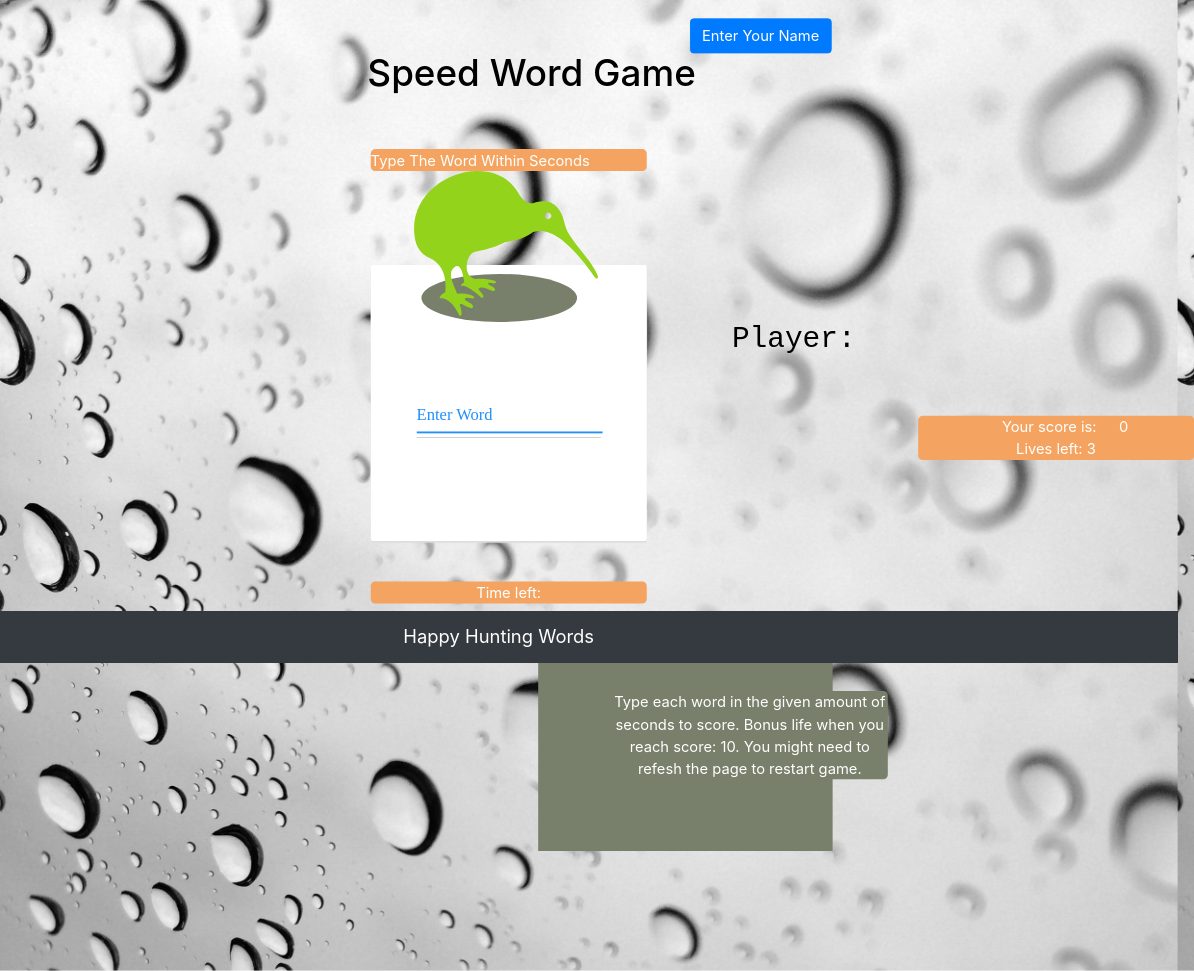
Repository: konstantin0s/word-game-project
Page: modal.html
An editor plug-in stored every save of this project. The page is shown before and after the next save, followed by the edit.
The browser window is 1280 px wide. The page is 1298 px wide, so the pictures cover 1298 px, including what lies to the right of the window. The pictures show the whole page, at 92% of full size.
Backgrounds fixed to the window are drawn as part of the page. Some web libraries are served in a nearby version.

Above is the page before, as saved 2019-02-14 10:34:46.
Console error: SyntaxError: Invalid or unexpected token

### modal.html
<!DOCTYPE html>
<html lang="en">

<head>

  <meta charset="utf-8">
  <meta name="viewport" content="width=device-width, initial-scale=1, shrink-to-fit=no">
  <meta name="description" content="">
  <meta name="author" content="">

  <title>Speed Word Game</title>
  <!-- <link rel="stylesheet" href="https://maxcdn.bootstrapcdn.com/bootstrap/3.4.0/css/bootstrap.min.css"> -->
  <script src="https://ajax.googleapis.com/ajax/libs/jquery/3.3.1/jquery.min.js"></script>
  <script src="https://maxcdn.bootstrapcdn.com/bootstrap/3.4.0/js/bootstrap.min.js"></script>
  <script src="https://cdnjs.cloudflare.com/ajax/libs/p5.js/0.7.3/p5.js"></script>
  <!-- Bootstrap core CSS -->
  <link href="vendor/bootstrap/css/bootstrap.min.css" rel="stylesheet">

  <!-- Custom styles for this template -->
  <link href="css/the-big-picture.css" rel="stylesheet">
  <link rel="stylesheet" href="css/style.css">

</head>

<body>

  <!-- Navigation -->
  <nav class="navbar navbar-expand-lg navbar-dark bg-dark fixed-bottom">
    <div class="container">
      <a class="navbar-brand" href="#">Happy Hunting Words</a>
      <button class="navbar-toggler" type="button" data-toggle="collapse" data-target="#navbarResponsive" aria-controls="navbarResponsive" aria-expanded="false" aria-label="Toggle navigation">
        <span class="navbar-toggler-icon"></span>
      </button>
      <div class="collapse navbar-collapse" id="navbarResponsive">
      </div>
    </div>
  </nav>



<!-- Button trigger modal -->
<button type="button" id="clearPlayer" class="btn btn-primary" data-toggle="modal" data-target="#exampleModalCenter">
    Enter Your Name
  </button>

  <!-- Modal -->
  <div class="modal fade" id="exampleModalCenter" tabindex="-1" role="dialog" aria-labelledby="exampleModalCenterTitle" aria-hidden="true">
    <div class="modal-dialog modal-dialog-centered" role="document">
      <div class="modal-content">
        <div class="modal-header">
          <h5 class="modal-title" id="exampleModalLongTitle">Player Name</h5>
          <button type="button" class="close" data-dismiss="modal" aria-label="Close">
            <span aria-hidden="true">&times;</span>
          </button>
        </div>
        <div class="modal-body">
            <h3 id="playerN">Enter Your Name</h3>
            <input id="name" onchange="say_hi()">
        </div>
      </div>
    </div>
  </div>
<h2 id="user">
  Player:
</h2>

<div id="output"></div>

  <!-- Page Content -->
  <section>
    <div class="container">
      <div class="row">
        <div class="col-lg-6">
          <h1 class="mt-5">Speed Word Game</h1>
          <p class="type">Type The Word Within
            <span id="sec"></span>
            Seconds</p>
          <div id="wordsDisplay">

          </div>
          <div id="time">
           <p>Time left:</p> <span id="timeLeft"></span>
          </div>
          <div id="userDetails">
             Your score is: <span id="score">0</span><br>
             Lives left: <span id="lives">3</span>
          </div>
          <div class="wrapper">
            <input class="input" id="inputWord" onchange="compareGuess()" placeholder="Enter Word" type="text"  autofocus>
            <span class="underline"></span>
        </div>
        </div>
      </div>
    </div>
  </section>

  <div id="corWrong"></div>

   <p id="messageP"></p>
  <svg version="1.1" id="Layer_1" xmlns="http://www.w3.org/2000/svg" xmlns:xlink="http://www.w3.org/1999/xlink" x="0px" y="0px"
  width="612px" height="502.174px" viewBox="0 65.326 612 502.174" enable-background="new 0 65.326 612 502.174"
  xml:space="preserve" class="logo">

<ellipse class="ground" cx="283.5" cy="487.5" rx="259" ry="80"/>
<path class="kiwi" d="M210.333,65.331C104.367,66.105-12.349,150.637,1.056,276.449c4.303,40.393,18.533,63.704,52.171,79.03
 c36.307,16.544,57.022,54.556,50.406,112.954c-9.935,4.88-17.405,11.031-19.132,20.015c7.531-0.17,14.943-0.312,22.59,4.341
 c20.333,12.375,31.296,27.363,42.979,51.72c1.714,3.572,8.192,2.849,8.312-3.078c0.17-8.467-1.856-17.454-5.226-26.933
 c-2.955-8.313,3.059-7.985,6.917-6.106c6.399,3.115,16.334,9.43,30.39,13.098c5.392,1.407,5.995-3.877,5.224-6.991
 c-1.864-7.522-11.009-10.862-24.519-19.229c-4.82-2.984-0.927-9.736,5.168-8.351l20.234,2.415c3.359,0.763,4.555-6.114,0.882-7.875
 c-14.198-6.804-28.897-10.098-53.864-7.799c-11.617-29.265-29.811-61.617-15.674-81.681c12.639-17.938,31.216-20.74,39.147,43.489
 c-5.002,3.107-11.215,5.031-11.332,13.024c7.201-2.845,11.207-1.399,14.791,0c17.912,6.998,35.462,21.826,52.982,37.309
 c3.739,3.303,8.413-1.718,6.991-6.034c-2.138-6.494-8.053-10.659-14.791-20.016c-3.239-4.495,5.03-7.045,10.886-6.876
 c13.849,0.396,22.886,8.268,35.177,11.218c4.483,1.076,9.741-1.964,6.917-6.917c-3.472-6.085-13.015-9.124-19.18-13.413
 c-4.357-3.029-3.025-7.132,2.697-6.602c3.905,0.361,8.478,2.271,13.908,1.767c9.946-0.925,7.717-7.169-0.883-9.566
 c-19.036-5.304-39.891-6.311-61.665-5.225c-43.837-8.358-31.554-84.887,0-90.363c29.571-5.132,62.966-13.339,99.928-32.156
 c32.668-5.429,64.835-12.446,92.939-33.85c48.106-14.469,111.903,16.113,204.241,149.695c3.926,5.681,15.819,9.94,9.524-6.351
 c-15.893-41.125-68.176-93.328-92.13-132.085c-24.581-39.774-14.34-61.243-39.957-91.247
 c-21.326-24.978-47.502-25.803-77.339-17.365c-23.461,6.634-39.234-7.117-52.98-31.273C318.42,87.525,265.838,64.927,210.333,65.331
 z M445.731,203.01c6.12,0,11.112,4.919,11.112,11.038c0,6.119-4.994,11.111-11.112,11.111s-11.038-4.994-11.038-11.111
 C434.693,207.929,439.613,203.01,445.731,203.01z"/>
<filter id="pictureFilter" >
 <feGaussianBlur stdDeviation="15" />
</filter>
</svg>


<div class="instructions">
  <h1>Instructions</h1>
  <p>Type each word in the given amount of seconds to score.
    Bonus life when you reach score: 10.
    You might need to refesh the page to restart game.
  </p>
</div>

  <!-- Bootstrap core JavaScript -->
  <script src="vendor/jquery/jquery.min.js"></script>
  <script src="vendor/bootstrap/js/bootstrap.bundle.min.js"></script>
  <script src="js/main.js"></script>

</body>

</html>

### css/the-big-picture.css
/*!
 * Start Bootstrap - The Big Picture (https://startbootstrap.com/template-overviews/the-big-picture)
 * Copyright 2013-2019 Start Bootstrap
 * Licensed under MIT (https://github.com/BlackrockDigital/startbootstrap-the-big-picture/blob/master/LICENSE)
 */
body {
  background: url('../img/drop.jpg') no-repeat center center fixed;
  -webkit-background-size: cover;
  -moz-background-size: cover;
  background-size: cover;
  -o-background-size: cover;
}

### css/style.css
body {
  margin: 0;
  padding: 0;
  z-index: 40;
  overflow-x: hidden;
}

.container {
  display: flex;
  flex-direction: column;
  justify-content: center;

}

.container .type {
   position: relative;
   top: 20px;
}
.mt-5 {
  color: black;
  text-align: center;
  position: relative;
  top: -30px;
  left: 290px;
}
.wrapper {
  background-color: #FFF;
  border-radius: 2px;
  box-shadow: 0px 2px 1px 0px #DDD;
  box-sizing: border-box;
  height: 300px;
  left: 550px;
  margin: -150px 0 0 -150px;
  position: absolute;
  top: 400px;
  width: 300px;

}

.input {
  background-color: transparent;
  border: none;
  border-bottom: 1px solid #CCC;
  color: #555;
  box-sizing: border-box;
  font-family: 'Arvo';
  font-size: 18px;
  height: 50px;
  left: 50%;
  margin: -25px 0 0 -100px;
  padding: 10px 0px;
  position: relative;
  top: 50%;
  width: 200px;

  &:focus {
    outline: none;
  }
}

input::-webkit-input-placeholder {
  color: #AAA;
}

input:focus::-webkit-input-placeholder {
  color: dodgerblue;
}

.input:focus+.underline {
  transform: scale(1);
}

.underline {
  background-color: dodgerblue;
  display: inline-block;
  height: 2px;
  left: 50px;
  margin-top: -4px;
  position: absolute;
  top: 185px;
  -webkit-transform: scale(0, 1);
  transform: scale(0, 1);
  -webkit-transition: all 0.5s linear;
  transition: all 0.5s linear;
  width: 202px;
}


font {
  color: white;
}

#wordsDisplay {
  position: relative;
  top: 20px;
  left: 387px;
  color: black;
  font-family: 'Courier New', Courier, monospace;
  font-size: 30px;
  width: 305px;
  text-align: center;
}
#userDetails {
  position: relative;
  top: 230px;
 float: right;
 /* left: 500px; */
 left: 740px;
  color: white;
  background-color: sandybrown;
  width: 300px;
  text-align: center;
  border-radius: 5px;
}

#score {
  position: relative;
  top: 0px;
  left: 20px;
  color: white;
  background-color: sandybrown;
}

#time {
  text-align: center;
}

 p {
  position: relative;
  top: 450px;
  left: 385px;
  color: white;
  background-color: sandybrown;
  width: 300px;
  border-radius: 5px;
 }

#timeLeft {
  position: relative;
  top: 400px;
  left: 330px;
  color: white;
  background-color: sandybrown;
}

.sec {
  position: relative;
  top: 400px;
  left: 330px;
  color: white;
  background-color: sandybrown;
}

b {
  color: black;
  text-transform: capitalize;;
}

#user {
  position: relative;
  top: 350px;
  right: 350px;
  float: right;
  color: black;
  font: 33px;
  font-family: 'Courier New', Courier, monospace;
}

#output {
  position: relative;
  color: black;
  float: right;
  right: 250px;
  font-size:28px;
  top: 410px;
}

#playerN {
  color: black;
}

.newP {
  position: relative;
  left: 40px;
  top: 120px;
}

.navbar-brand {
  position: relative;
  left: -90px;
}


@import "compass/css3";

.logo {
  position: relative;
  width: 200px;
  height: 164px;
  left: 450px;
  top: -100px;
}

.kiwi {
  fill: #94d31b;

}
.kiwi:hover {
  fill: #ace63c;
}

.ground {
  fill: #787f6a;
}
.ground:hover {
  filter: url(#pictureFilter);
  fill: #896d3d;
}

#messageP {
  position: relative;
  top: -50px;
  width: 100px;
  left: 500px;
}

.instructions {
  background-color: #787f6a;
  width: 25%;
  height: 250px;
  color: white;
  position: relative;
  left: 580px;
  top: 220px;
  margin: 5px;
  text-align: center;
  margin-bottom: 350px;
}

.instructions p {
  background-color: #787f6a;
  position: relative;
  left: 80px;
  top: 20px;
  width: 1005;
  text-align: center;
}

#clearPlayer {
  position: relative;
  top: 20px;
  left: 750px;
}

#corWrong {
  position: relative;
  left: 780px;
  top: 270px;
  color: black;
  font: 30px;
}

#modalContainer {
	background-color:rgba(0, 0, 0, 0.3);
	position:absolute;
  top:0;
	width:100%;
	height:100%;
	left:0px;
	z-index:10000;
  /* background: url('../img/drop.jpg') no-repeat center center fixed;required by MSIE to prevent actions on lower z-index elements */
}

#alertBox {
	position:relative;
  width:43%;
  height: 25%;
	min-height:100px;
  max-height:400px;
	margin-top:50px;
	border:1px solid #fff;
	background-color:#fff;
	background-repeat:no-repeat;
  top:30%;
  left: 500px;
}

#modalContainer > #alertBox {
  position:fixed;
}

#alertBox h1 {
	margin:0;
	font:bold 1em Raleway,arial;
	background-color:#f97352;
  color:#FFF;
  text-align: center;
	border-bottom:1px solid #f97352;
	padding:10px 0 10px 5px;
}

#alertBox p {
 height:50px;
	padding-left:5px;
  padding-top:30px;
  text-align:center;
   vertical-align:middle;
  visibility: hidden;
}

#alertBox #closeBtn {
	display:block;
	position:relative;
	margin:10px auto 10px auto;
  padding:7px;
	border:0 none;
	width:170px;
	text-transform:uppercase;
	text-align:center;
	color:#FFF;
	background-color:#f97352;
	border-radius: 0px;
	text-decoration:none;
  outline:0!important;
} */

/* unrelated styles */

 /* #mContainer {
  position:relative;
	width:600px;
	margin:auto;
	padding:5px;
	border-top:2px solid #fff;
	border-bottom:2px solid #fff;
}

h1,h2 {
	margin:0;
  padding:4px;
}

code {
	font-size:1.2em;
	color:#069;
}

#credits {
	position:relative;
	margin:25px auto 0px auto;
	width:350px;
	font:0.7em verdana;
	border-top:1px solid #000;
	border-bottom:1px solid #000;
	height:90px;
	padding-top:4px;
}

#credits img {
	float:left;
	margin:5px 10px 5px 0px;
	border:1px solid #000000;
	width:80px;
	height:79px;
}

.important {
	background-color:#F5FCC8;
	padding:2px;

}

@media (max-width: 600px)
{
  #alertBox {
	position:relative;
	width:90%;
  top:30%;
}
} */

### js/main.js
function say_hi() {
  var name = document.getElementById("name").value;
  var html = "<b>" + name + "</b> ";
 document.getElementById("output").innerHTML = html;
}

function clearPlayer() {
  document.getElementById("name").value = "";
  var input = document.getElementById("name");
  input.style.visibility = "hidden";
  var playerN = document.getElementById("playerN");
  playerN.style.visibility = "hidden";
  var clearPlayer = document.getElementById("clearPlayer");
  clearPlayer.style.visibility = "hidden";
  var exampleModalCenter = document.getElementById("exampleModalCenter");
  exampleModalCenter.style.visibility = "none";
  var modalContent = document.getElementsByClassName("modal-content");
  modalContent.style.visibility = "hidden";
}

  (function() {
    setInterval(function(){
      clearPlayer();
    }, 10000);
}());

  var wordGeneratorLevel1 = function() {
    setInterval(function(){
      generate();
    }, 5000);
    timer();
  }

  var wordGeneratorLevel2 = function() {
    setInterval(function(){
      generate();
    }, 3000);
    timer();
}

var input = document.getElementById("inputWord");
input.addEventListener('keyup',function(e){
  if (e.keyCode == 13) {
}
});

  var wordsLevel1 = [
    "clever", "amongst", "implementing", "intelectual", "sensual", "amazing", "beautify", "project", "tall",
"curl", "rate", "busy", "unusual", "extend", "exclusive", "ray", "shy", "wasteful", "unbecoming", "fallacious",
"toothbrush", "bounce", "brightwork", "verkrampte", "protectrix", "nudibranch", "grandchild", "newfangled", "flugelhorn", "mythologer"
     ];

     var wordsLevel2 = [
      "jackhammer",
     "brightwork", "verkrampte", "protectrix", "nudibranch", "grandchild", "newfangled", "flugelhorn", "mythologer",
     "pluperfect", "jellygraph", "quickthorn", "rottweiler", "technician", "cowpuncher", "middlebrow",
     "jackhammer", "triphthong", "wunderkind", "dazzlement", "jabberwock", "witchcraft","pawnbroker", "thumbprint", "motorcycle"
       ];


  var randomDiv = document.getElementById("wordsDisplay");
  var addScore = document.getElementById("score");
  var freshLives = document.getElementById("lives");
  var timeLeft = document.getElementById("timeLeft");
  var svgLogo = document.getElementById("Layer_1");
   var messagePlayer = document.getElementById("messageP");
   var corWrong = document.getElementById("corWrong");
   var dinaSec = document.getElementById("sec");
   var ease = document.getElementsByClassName("easy");
   var mediu = document.getElementsByClassName("easy");
   var hars = document.getElementsByClassName("easy");
  var randomIndex;
  var newText;
  var score = 0;
  var lives = 5;
  var seconds = 5;


  function flashLogo() {
    var interval = window.setInterval(function(){
      if(svgLogo.display !== "hidden"){
        svgLogo.style.visibility = "hidden";

      }else{
        svgLogo.style.visibility = "hidden";
      }
  }, 1000);
  }

  function checkLife() {
    if (lives == 0) {
      createCustomAlert(); // game over
      score = 0;
      addScore.textContent = "0"
      resetInput();
      lives = 5;
      freshLives.innerHTML = lives;
    }
  }


  function generate() {
   randomIndex = Math.ceil((Math.random() * wordsLevel1.length - 1));
   newText = wordsLevel1[randomIndex];
   randomDiv.innerHTML = newText;

  }

  function generateLevel2() {
    randomIndex = Math.ceil((Math.random() * wordsLevel2.length - 1));
    newText = wordsLevel2[randomIndex];
    randomDiv.innerHTML = newText;
   }

  var flag;
  function compareGuess() {
    var searchWord = document.getElementById("inputWord").value;
    var wordName = document.getElementById("wordsDisplay");
    flag = false;
         if (searchWord == wordName.innerHTML) {
          corWrong.innerHTML = "Correct!!!"
          wordName.style.height = "40px";
           wordName.style.backgroundColor = "yellow"'
           score++;
           addScore.textContent = score;
           flag = true;
           if (score >= 10 && score <= 11) {
            var audio = new Audio('https://interactive-examples.mdn.mozilla.net/media/examples/t-rex-roar.mp3');
            audio.play();
             lives++
             freshLives.innerHTML = lives;
            flashLogo();
            messagePlayer.innerHTML = "I'm Outta Here :)";
           }
           clearInterval(timer);
           setInterval(function(){
            wordName.style.backgroundColor = "";
          }, 1500);
          resetInput();
             flag = true;
         } else {
           wordName.style.backgroundColor = "";
         }

         if (flag == false) {
          lives--;
          freshLives.innerHTML = lives;
          corWrong.innerHTML = "Wrong!!!"
          resetInput();
         }
         checkLife();
      }

      function timer() {
        setInterval(function(){
          seconds--;
          dinaSec.innerHTML = seconds;
          timeLeft.innerHTML = seconds;
          if (seconds == 0 && !flag) {
            lives--;
          }
           if(seconds == 0) {
            freshLives.innerHTML = lives;
            seconds = currentLevel + 1;
            dinaSec.innerHTML = seconds;
            timeLeft.innerHTML = seconds;
            checkLife();
            flag = false;
           }
      }, 1000);
      }

 function resetInput() {
  document.getElementById("inputWord").value = "";
  }


  function init() {
    wordGeneratorLevel1();
    lives = 5;
    freshLives.innerHTML = lives;
   }

 window.onload = init;

   var levels = {
    easy: 6,
    medium: 4,
    hard: 2
  }
  var currentLevel = levels.medium;


 var ALERT_TITLE = "Game Over!\n Restart?";
var ALERT_BUTTON_TEXT = "Ok";

if(document.getElementById) {
	window.alert = function(txt) {
    createCustomAlert(txt);
	}
}

function createCustomAlert(txt) {
	d = document;

  if(d.getElementById("modalContainer"))
   return;

	mObj = d.getElementsByTagName("body")[0].appendChild(d.createElement("div"));
	mObj.id = "modalContainer";
	mObj.style.height = d.documentElement.scrollHeight + "px";

	alertObj = mObj.appendChild(d.createElement("div"));
	alertObj.id = "alertBox";
	if(d.all && !window.opera) alertObj.style.top = document.documentElement.scrollTop + "px";
	alertObj.style.left = (d.documentElement.scrollWidth - alertObj.offsetWidth)/2 + "px";
  alertObj.style.visiblity="visible";
  alertObj.style.left="480px";

	h1 = alertObj.appendChild(d.createElement("h1"));
	h1.appendChild(d.createTextNode(ALERT_TITLE));

	msg = alertObj.appendChild(d.createElement("p"));
	//msg.appendChild(d.createTextNode(txt));
  msg.innerHTML = txt;
  // audio = new Audio('http://www.project818.com/files/music/TI-Justin-Timberlake-Dead-and-Gone.mp3');
  // audio.play();

	btn = alertObj.appendChild(d.createElement("a"));
	btn.id = "closeBtn";
	btn.appendChild(d.createTextNode(ALERT_BUTTON_TEXT));
	btn.href = "#";
	btn.focus();
  btn.onclick = function() { removeCustomAlert();
      audio.pause();
      window.location.href = "http://127.0.0.1:5500/index.html";
    return false; }

	alertObj.style.display = "block";

}

function removeCustomAlert() {
  document.getElementsByTagName("body")[0].removeChild(document.getElementById("modalContainer"));


}
function ful(){
alert('Game Over!!!');
}

Loaded but not shown: vendor/bootstrap/css/bootstrap.min.css (library); vendor/jquery/jquery.min.js (library); vendor/bootstrap/js/bootstrap.bundle.min.js (library)

After the next save:
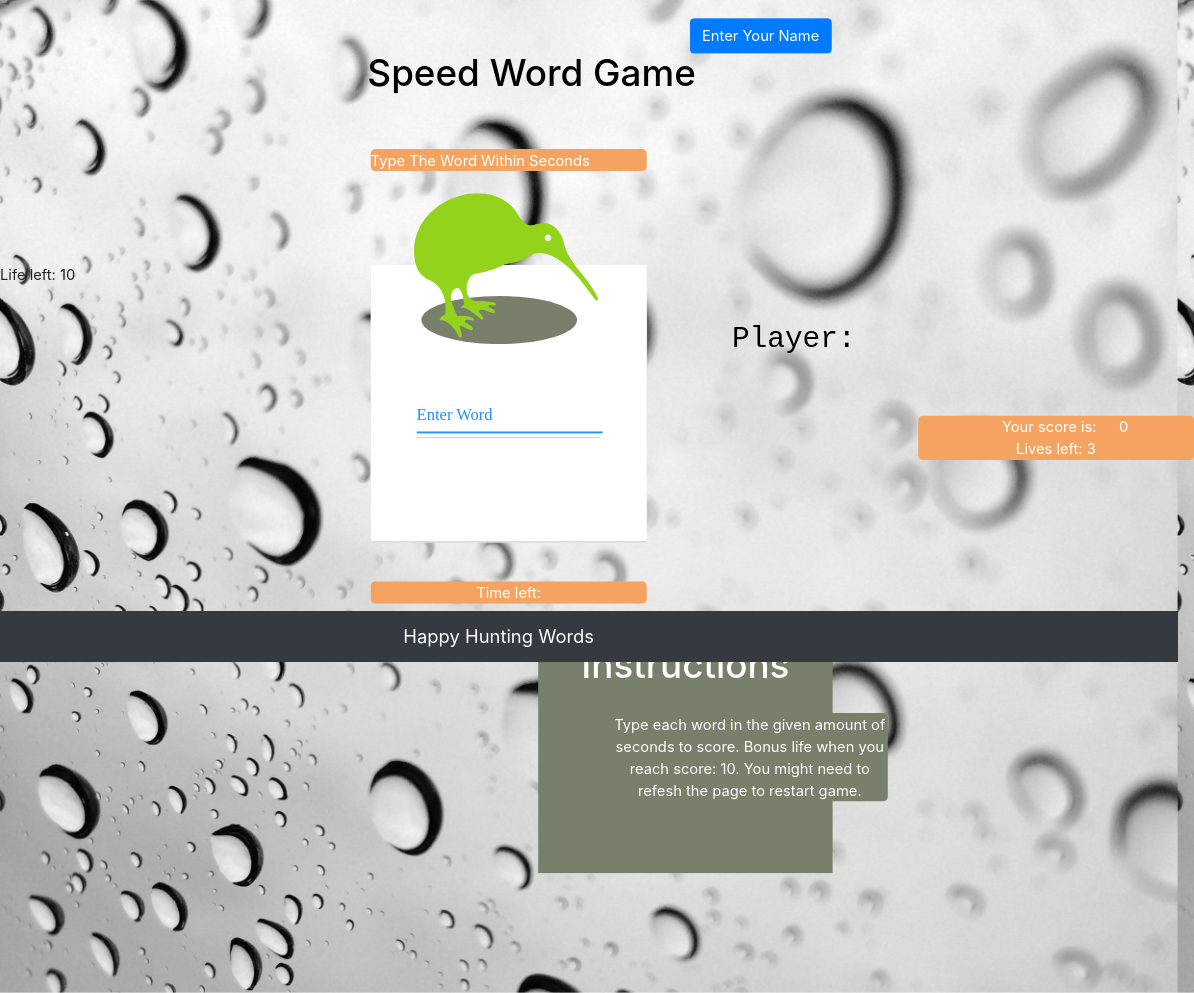
Saved 4 min 2 s later.
--- a/modal.html
+++ b/modal.html
@@ -97,6 +97,9 @@
   <div id="corWrong"></div>
 
    <p id="messageP"></p>
+   <div class="enemy">
+    Life left: <span id="life">10</span>
+   </div>
   <svg version="1.1" id="Layer_1" xmlns="http://www.w3.org/2000/svg" xmlns:xlink="http://www.w3.org/1999/xlink" x="0px" y="0px"
   width="612px" height="502.174px" viewBox="0 65.326 612 502.174" enable-background="new 0 65.326 612 502.174"
   xml:space="preserve" class="logo">
